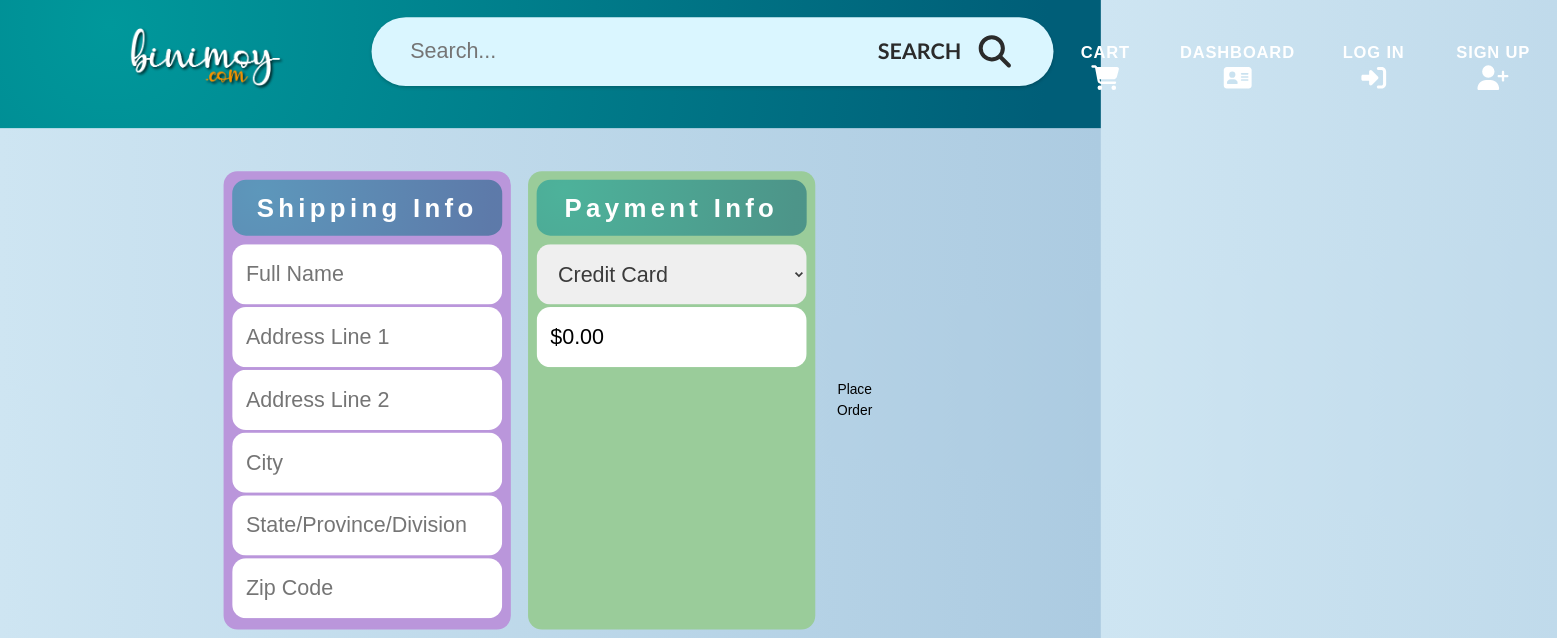
Repository: Shadman2024/2_1_DatabaseProject
Page: /checkout (app in frontend/)
The author's editor kept a copy of each file at every save. The page is drawn from the files as they stood at one save, then again after the next save.
The browser window is 1280 px wide. The page is 1811 px wide, so the pictures cover 1811 px, including what lies to the right of the window. The pictures show the whole page, at 86% of full size.
Some web libraries are served in a nearby version. The project was rebuilt for these pictures with package versions that can differ from the ones it lists, and the page was loaded fresh each time. Also part of the build but not shown: frontend/src/App.css, frontend/src/signUp/signup.js, frontend/src/logIn/login.js, frontend/src/Home/home.module.css, frontend/src/Home/hero.js, frontend/src/Home/hero2.js, frontend/src/Home/hero3.js, frontend/src/Home/smallcategory.module.css and 31 more.

Above is the page before, as saved 2024-03-08 15:24:20.

After the next save:
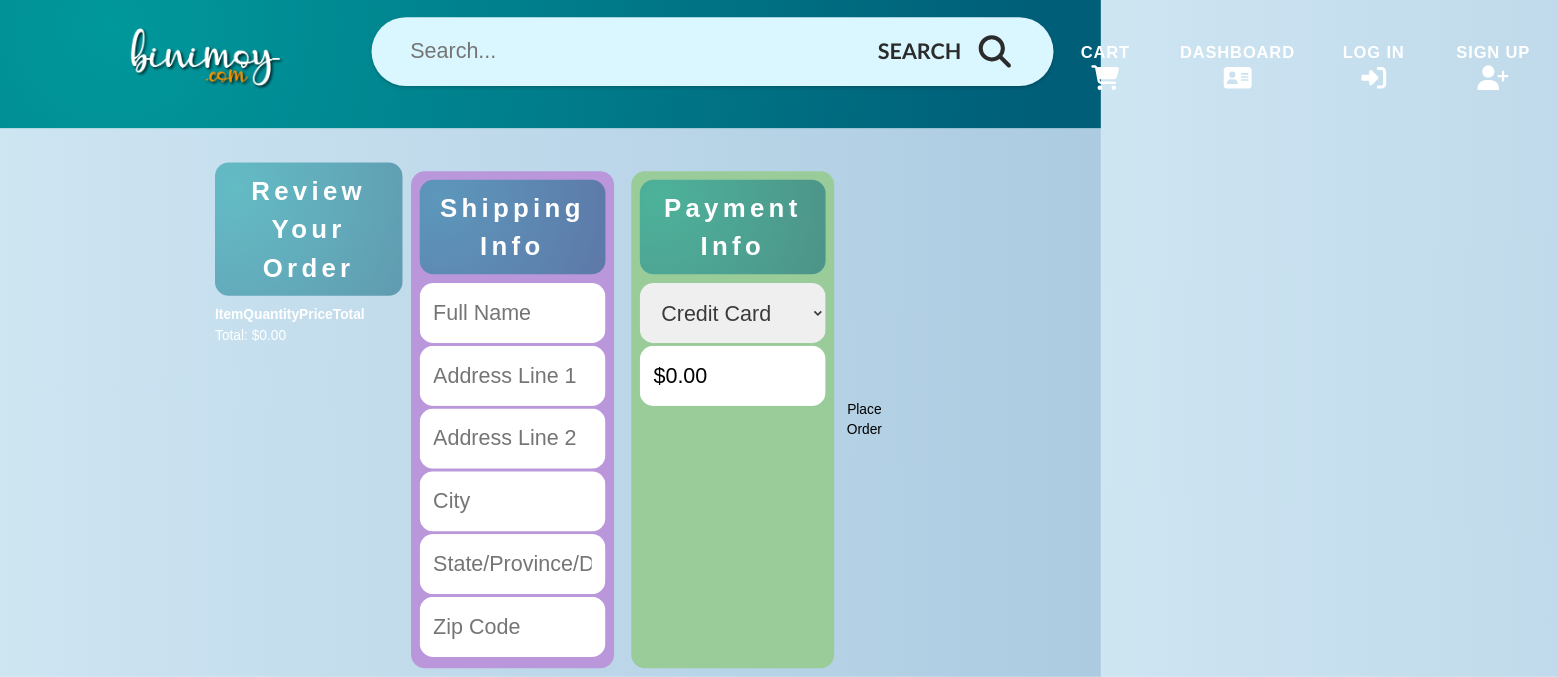
Saved 17 s later.
--- a/frontend/src/checkout/checkout.js
+++ b/frontend/src/checkout/checkout.js
@@ -53,6 +53,30 @@ const Checkout = ({ setAuth }) => {
     };
     return (
         <div className={styles.container}>
+            <div className={styles.cartReview}>
+                    <div className={styles.title}>Review Your Order</div>
+                    <table className={styles.reviewTable}>
+                        <thead>
+                            <tr>
+                                <th>Item</th>
+                                <th>Quantity</th>
+                                <th>Price</th>
+                                <th>Total</th>
+                            </tr>
+                        </thead>
+                        <tbody>
+                            {cartItems.map((item, index) => (
+                                <tr key={index}>
+                                    <td>{item.name}</td>
+                                    <td>{item.quantity}</td>
+                                    <td>${item.price.toFixed(2)}</td>
+                                    <td>${(item.quantity * item.price).toFixed(2)}</td>
+                                </tr>
+                            ))}
+                        </tbody>
+                    </table>
+                    <div className={styles.totalAmount}>Total: ${amount}</div>
+                </div>
             <div className={styles.shipping}>
                 <div className={styles.title}>Shipping Info</div>
                 <form onSubmit={handleSubmit} className={styles.checkoutForm}>
